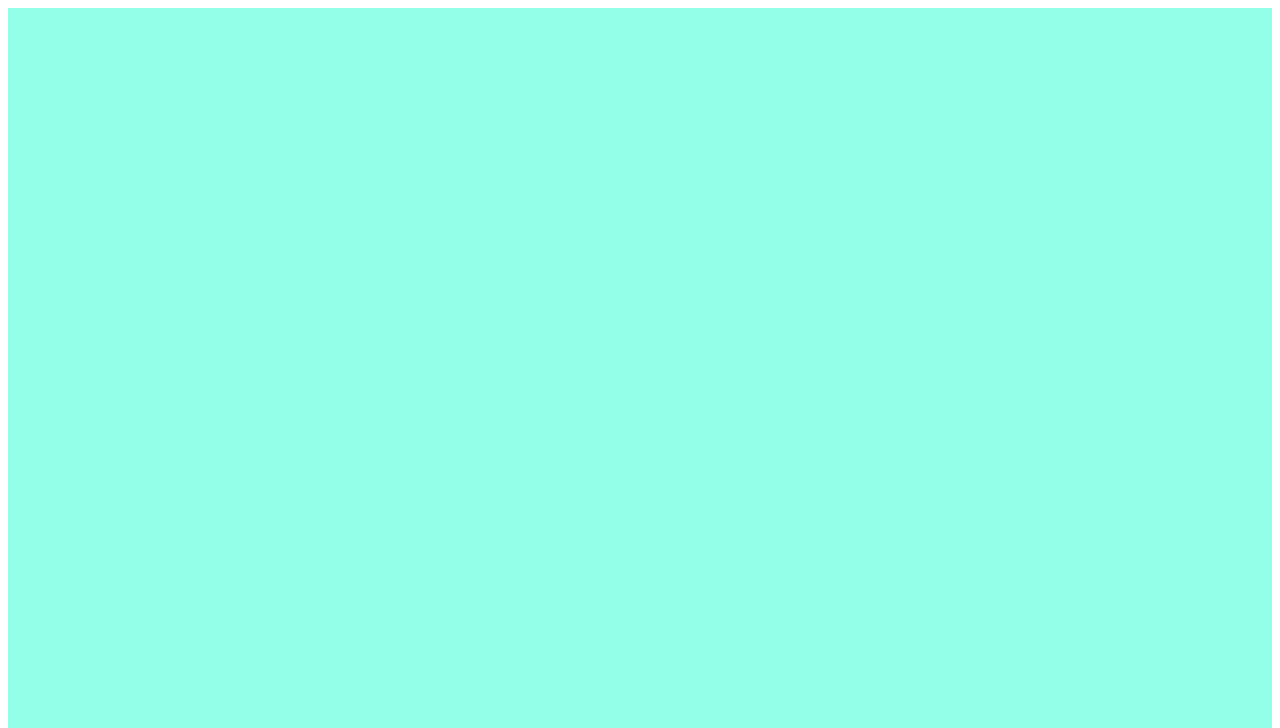
Repository: lxl0302/ClassBegin_-sound_code
Page: /#/
These files come from the project's save history. The page is drawn as it stood at one moment and after the next save; the edit follows.
The browser window is 1280 px wide. The pictures show the whole page.
The project was rebuilt for these pictures with package versions that can differ from the ones it lists, and the page was loaded fresh each time.

Above is the page before, as saved 2020-07-08 16:22:48.

### src/main.js
import Vue from 'vue'
import App from './App.vue'
import create from './utils/create'
import router from './router/index'

Vue.config.productionTip = false

Vue.prototype.$create =create

new Vue({
  router,
  render: h => h(App),
}).$mount('#app')

### src/App.vue
<template>
  <div id="app">
    <HelloWorld />
  </div>
</template>

<script>
import HelloWorld from './views/index'

export default {
  name: 'App',
  components: {
    HelloWorld
  }
}
</script>

<style>
  html,body{
    height: 100%;
  }
  #app {
    height: 100%;
  }
</style>

### src/utils/create.js
import Vue from 'vue';

export default function create(Component, props) {
  // 先创建实例
  const vm = new Vue({
    render(h) {
      // h就是createElement, 它返回VNode
      return h(Component, {props})
    }
  }).$mount();
  // 手动挂在dom 创建实例后 会有与实例对应的实体dom
  document.body.appendChild(vm.$el)
  // 销毁方法
  const comp = vm.$children[0];
  comp.remove = function() {
    document.body.removeChild(vm.$el); // 移除实体dom
    vm.$destroy() // 销毁实例
  }
  return comp
}

### src/router/index.js
import Vue from 'vue'
import VueRouter from 'vue-router'

// 1.安装插件
Vue.use(VueRouter)

// 2.创建vue-router实例
const router = new VueRouter({
  // 配置映射
  routes: []
})

// 3.导出
export default router

### src/views/index.vue
<template>
  <div class="zong">
    <div class="toolbar"></div>
  </div>
</template>

<script>
export default {
  name: '',
  components: {},
  data() {
    return {}
  },
  computed: {},
  mounted() {},
  methods: {}
}
</script>
<style scoped>
.zong {
  width: 100%;
  height: 100%;
  background-color: rgba(0, 255, 200, 0.418);
}
.toolbar{
  width: 200px;
  height: 30px;
}
</style>

Loaded but not shown: public/index.html (common file)

After the next save:
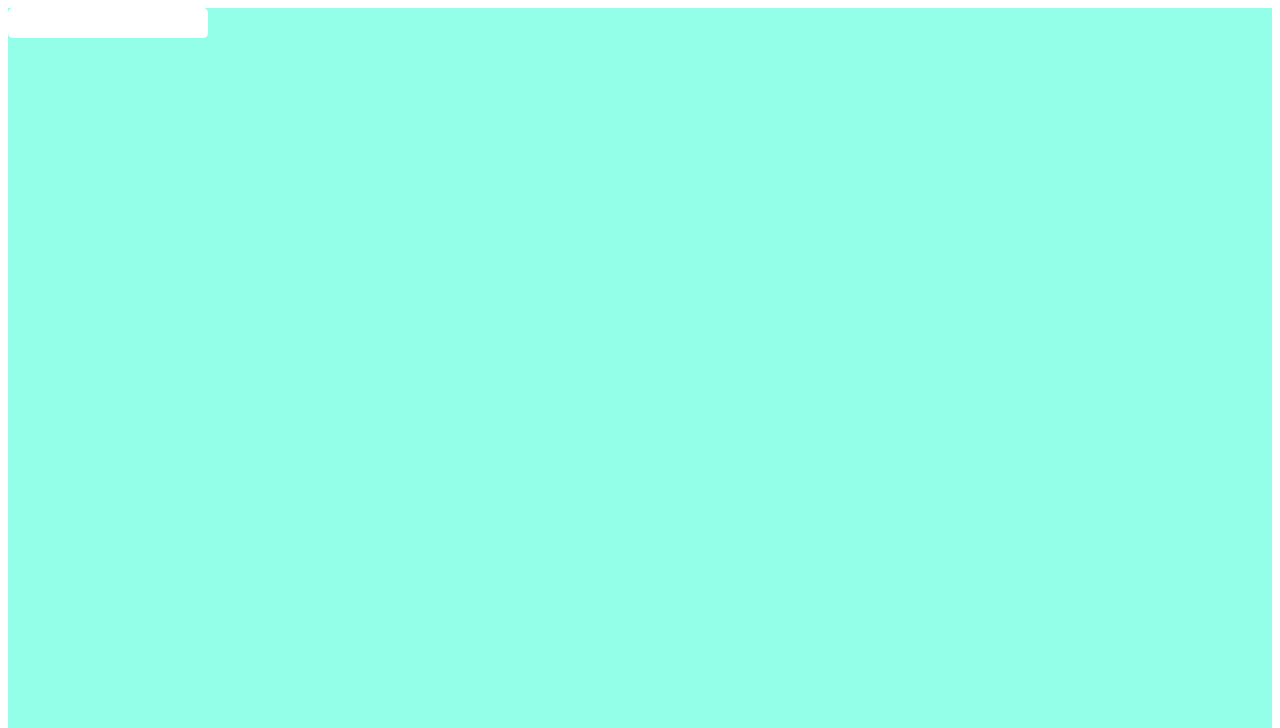
Saved 56 s later.
--- a/src/views/index.vue
+++ b/src/views/index.vue
@@ -23,7 +23,11 @@ export default {
   background-color: rgba(0, 255, 200, 0.418);
 }
 .toolbar{
+  position: absolute;
+  margin: 30 auto;
   width: 200px;
   height: 30px;
+  border-radius: 5px;
+  background-color: white;
 }
 </style>
